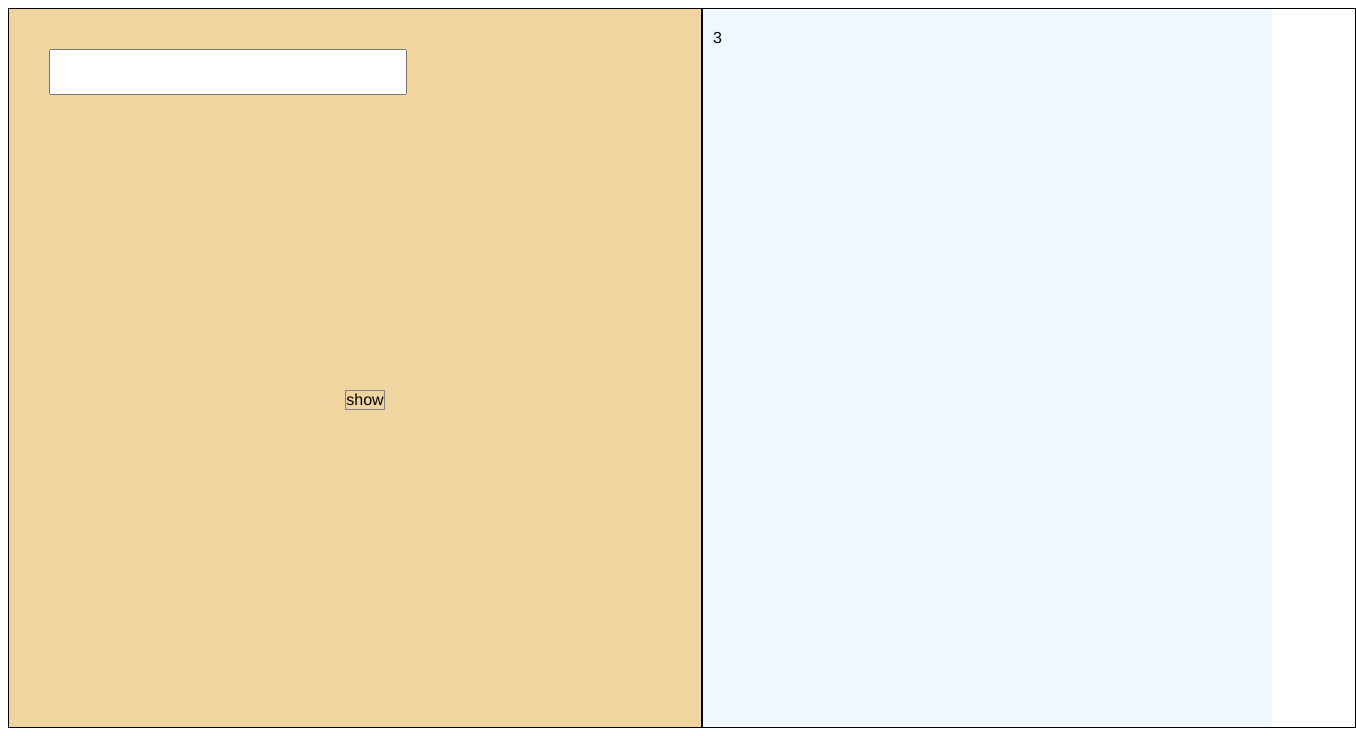
Repository: andrii1/react-gifs
Page: /
These files come from the project's save history. The page is drawn as it stood at one moment and after the next save; the edit follows.
The browser window is 1280 px wide. The page is 1356 px wide, so the pictures cover 1356 px, including what lies to the right of the window. The pictures show the whole page.
The project was rebuilt for these pictures with package versions that can differ from the ones it lists, and the page was loaded fresh each time. Also part of the build but not shown: webpack.config.js.

Above is the page before, as saved 2022-03-02 15:35:11.

After the next save:
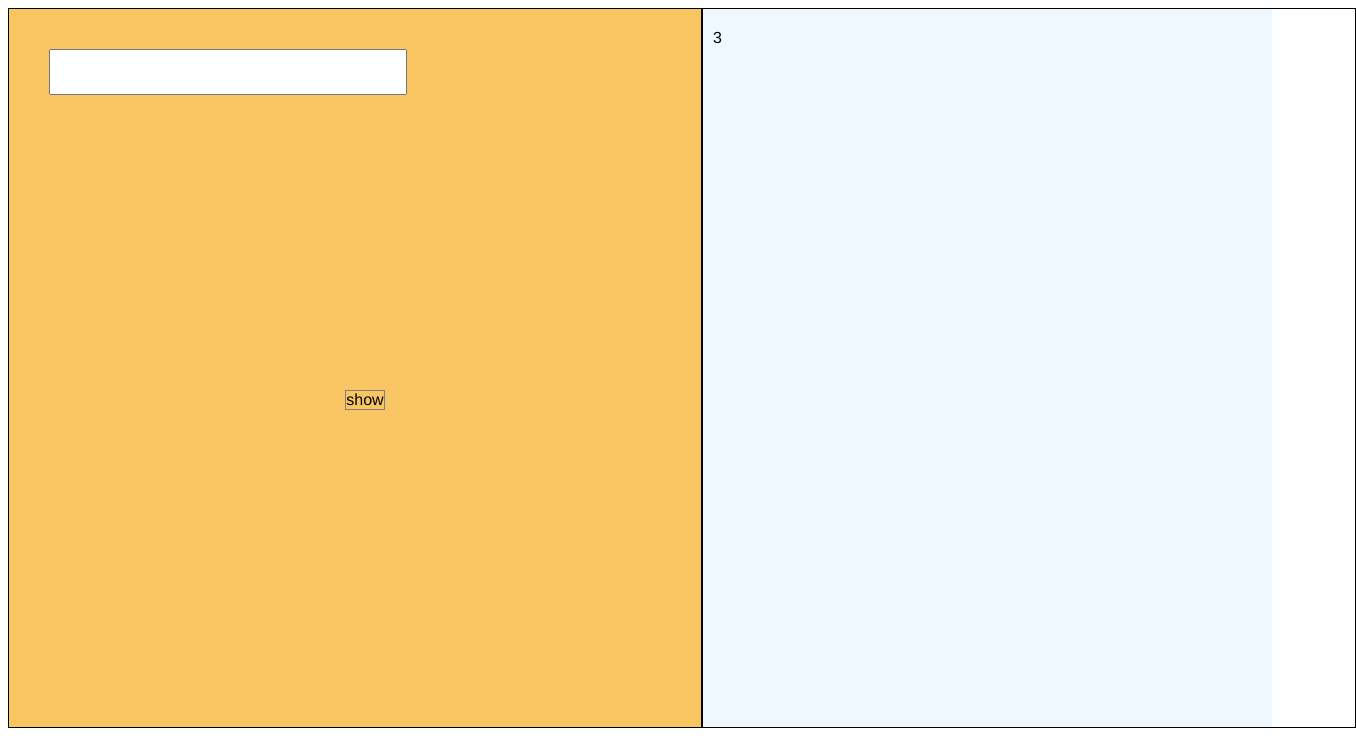
Saved 11 s later.
--- a/assets/stylesheets/application.scss
+++ b/assets/stylesheets/application.scss
@@ -19,7 +19,7 @@ body {
   flex: 0 0 50%;
   border: black 1px solid;
   padding: 20px 20px 20px 40px;
-  background-color: rgba(241, 168, 33, 0.435);
+  background-color: rgba(255, 166, 0, 0.613);
 }
 
 .right {
